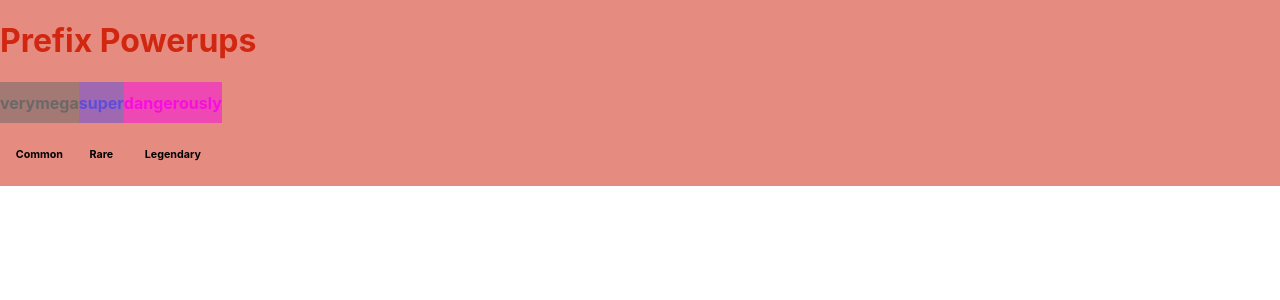
Repository: bsalgado98/buns-inator
Page: /
An editor plug-in stored every save of this project. The page is shown before and after the next save, followed by the edit.
The browser window is 1280 px wide. The pictures show the whole page.
The project was rebuilt for these pictures with package versions that can differ from the ones it lists, and the page was loaded fresh each time.

Above is the page before, as saved 2022-04-25 22:32:46.

### src/index.css
body {
    margin: 0;
    padding: 0;
    font-family: -apple-system, BlinkMacSystemFont, 'Segoe UI', 'Roboto', 'Oxygen',
        'Ubuntu', 'Cantarell', 'Fira Sans', 'Droid Sans', 'Helvetica Neue',
        sans-serif;
    -webkit-font-smoothing: antialiased;
    -moz-osx-font-smoothing: grayscale;
}

code {
    font-family: source-code-pro, Menlo, Monaco, Consolas, 'Courier New', monospace;
}

### src/App.js
import './App.css';
import WordBank from './components/WordBank/WordBank'

function App() {
    const wordList = {
        prefixPowerups: [
            {
                sectionTitle: "Common",
                words: ['very', 'mega'],
                color: "#6b6867"
            },
            {
                sectionTitle: "Rare",
                words: ['super'],
                color: "#614cd9"
            },
            {
                sectionTitle: "Legendary",
                words: ['dangerously'],
                color: "#f50fde"
            }
        ]
    }

    return (
        <div className="App">
            <WordBank bankTitle='Prefix Powerups' color="#d12711" wordCollection={wordList.prefixPowerups}/>
        </div>
    );
}

export default App;

### src/components/WordBank/WordBank.js
import createWordSection from "../../utility/wordSection"

const WordBank = ({ bankTitle = "N/A", color = "#000000", wordCollection = [] }) => {
    const styles = {
        container: {
            style: {
                backgroundColor: `${color}88`,
                display: 'flex',
                flexDirection: 'column'
            }
        },
        title: {
            style: {
                color: color
            },
            container: {
                style: {
                    display: 'flex',
                    width: '100%'
                }
            }
        },
        collectionArea: {
            style: {
                display: 'flex'
            },
            section: {
                style: {
                    display: 'flex',
                    flexDirection: 'column'
                },
                wordArea: {
                    style: {
                        display: 'flex'
                    }
                }
            }
        }
    }
    return (
        <div style={styles.container.style}>
            <div style={styles.title.container.style}>
                <h1 style={styles.title.style}>{bankTitle}</h1>
            </div>
            <div style={styles.collectionArea.style}>
                {wordCollection.map((section, i) => {
                    console.log(section.sectionTitle)
                    return (
                        <div key={`section-${i}`} style={styles.collectionArea.section.style}>
                            <div style={styles.collectionArea.section.wordArea.style}>
                                {createWordSection(section.words, section.color)}
                            </div>
                            <h6>{section.sectionTitle}</h6>
                        </div>
                    )
                })}
            </div>
        </div>
    )
}

export default WordBank

### src/utility/wordSection.js
import WordCard from "../components/WordCard/WordCard";

function createWordSection(words, wordColor) {
    return words.map((word, i) => <WordCard key={`word-${i}`} text={word} color={wordColor} />)
}

export default createWordSection

### src/components/WordCard/WordCard.js
const WordCard = ({ text = "N/A", color = "#000000" }) => {
    const styles = {
        container: {
            style: {
                background: `${color}88`,
                display: 'flex'
            }
        },
        text: {
            style: {
                color: color,
                fontSize: '16px'
            }
        }
    }
    return (
        <div style={styles.container.style}>
            <h1 style={styles.text.style}>{text}</h1>
        </div>
    )
}

export default WordCard

Loaded but not shown: public/index.html (common file); src/index.js (common file); src/reportWebVitals.js (common file); src/App.css (common file)

After the next save:
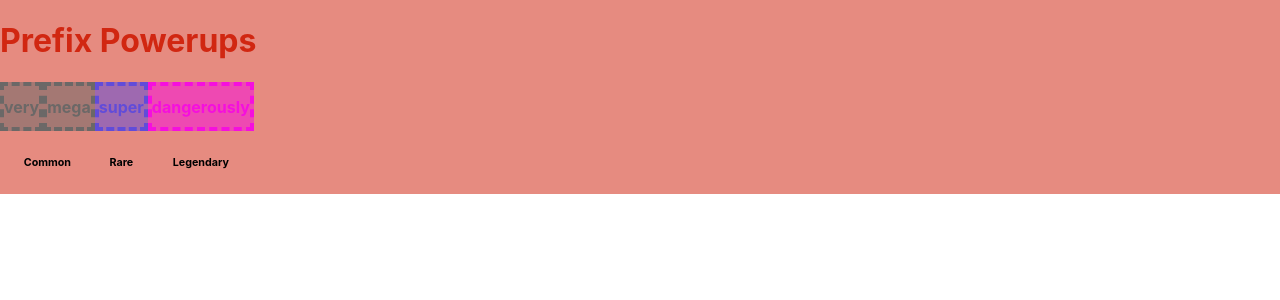
Saved 23 s later.
--- a/src/components/WordCard/WordCard.js
+++ b/src/components/WordCard/WordCard.js
@@ -3,7 +3,8 @@ const WordCard = ({ text = "N/A", color = "#000000" }) => {
         container: {
             style: {
                 background: `${color}88`,
-                display: 'flex'
+                display: 'flex',
+                border: `4px dashed ${color}`
             }
         },
         text: {
